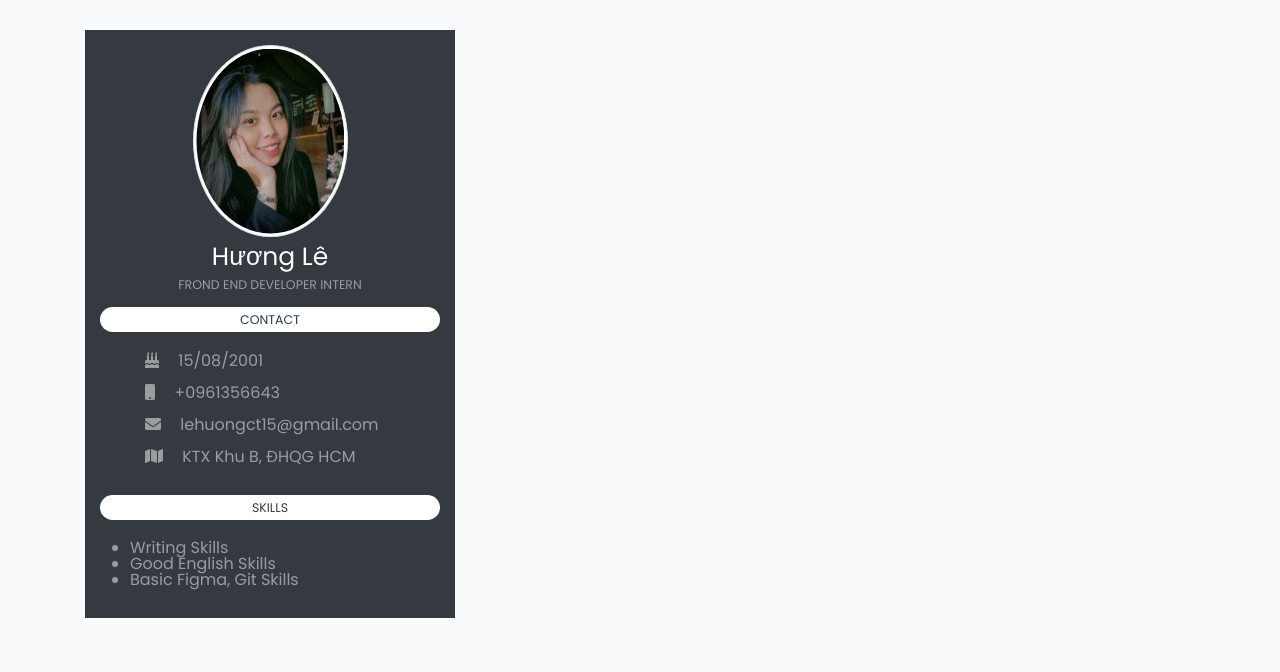
Repository: huongle158/cvhuongle
Page: index.html
The author's editor kept a copy of each file at every save. The page is drawn from the files as they stood at one save, then again after the next save.
The browser window is 1280 px wide. The pictures show the whole page.
Some web libraries are served in a nearby version.

Above is the page before, as saved 2021-12-12 23:35:00.

After the next save:
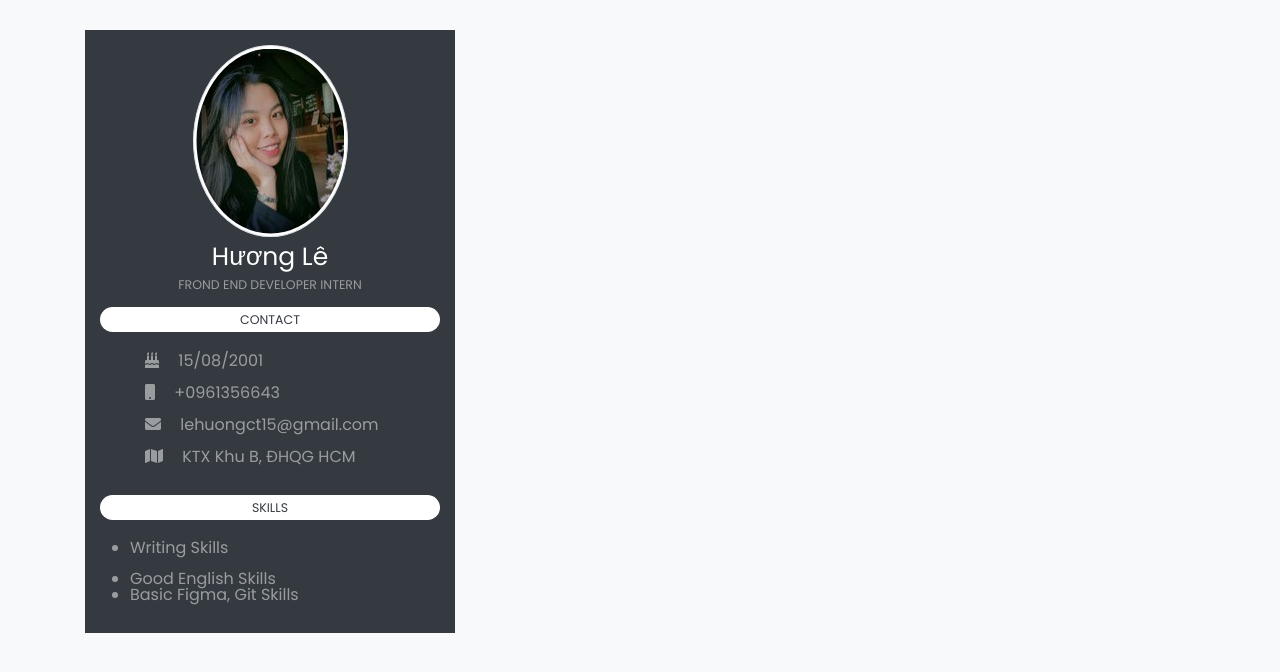
Saved 61 s later.
--- a/index.html
+++ b/index.html
@@ -64,12 +64,10 @@
           <div>
               <h5 class="text-uppercase bg-white text-dark py-2 rounded-pill mb-4" >skills</h5>
               <ul class="list text-white-50 ml-5 py-2 text-left text-capitalize">
-                <li class="list-item">Writing skills</li>
+                <li class="list-item mb-4">Writing skills</li>
                 <li class="list-item">Good English skills</li>
                 <li class="list-item">Basic Figma, Git skills</li>
-
               </ul>
-
           </div>
 
 
